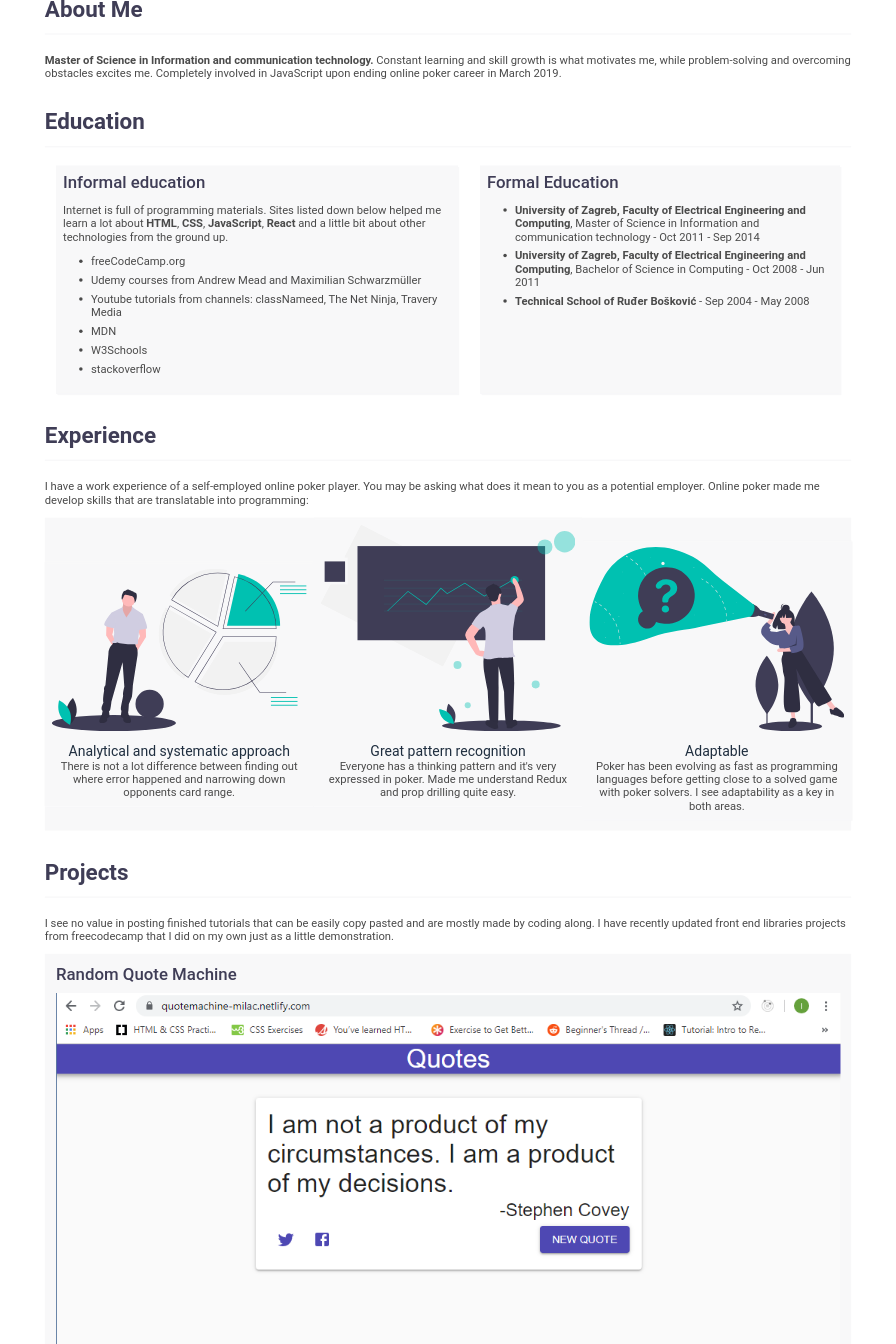
Repository: milac0/my-website
Page: /
These files come from the project's save history. The page is drawn as it stood at one moment and after the next save; the edit follows.
The browser window is 1280 px wide. The pictures show the part of the page from y = 471 to 2391 px (the page is 6629 px tall before and 6626 px after), at 70% of full size.
The project was rebuilt for these pictures with package versions that can differ from the ones it lists, and the page was loaded fresh each time. Also part of the build but not shown: src/components/formContact.module.css, src/components/FormContact.js, src/pages/contact.module.css, src/pages/Contact.js. Imported but missing from the stored project, and not drawn on this page: src/resume.pdf.

Above is the page before, as saved 2019-10-24 21:14:43.

### public/index.html
<!DOCTYPE html>
<html lang="en">
  <head>
    <meta charset="utf-8" />
    <link rel="icon" href="%PUBLIC_URL%/favicon.ico" />
    <meta name="viewport" content="width=device-width, initial-scale=1" />
    <meta name="theme-color" content="#000000" />
    <meta
      name="description"
      content="Web site created using create-react-app"
    />
    <!--
      manifest.json provides metadata used when your web app is installed on a
      user's mobile device or desktop. See https://developers.google.com/web/fundamentals/web-app-manifest/
    -->
    <link rel="manifest" href="%PUBLIC_URL%/manifest.json" />
    <!--
      Notice the use of %PUBLIC_URL% in the tags above.
      It will be replaced with the URL of the `public` folder during the build.
      Only files inside the `public` folder can be referenced from the HTML.

      Unlike "/favicon.ico" or "favicon.ico", "%PUBLIC_URL%/favicon.ico" will
      work correctly both with client-side routing and a non-root public URL.
      Learn how to configure a non-root public URL by running `npm run build`.
    -->
    <title>Mile Balenovic</title>
  </head>
  <body>
    <noscript>You need to enable JavaScript to run this app.</noscript>
    <div id="root"></div>
    <!--
      This HTML file is a template.
      If you open it directly in the browser, you will see an empty page.

      You can add webfonts, meta tags, or analytics to this file.
      The build step will place the bundled scripts into the <body> tag.

      To begin the development, run `npm start` or `yarn start`.
      To create a production bundle, use `npm run build` or `yarn build`.
    -->
  </body>
</html>

### src/index.css
html, body {
  height: 100%;
}

body {
  display: flex;
  flex-direction: column;
}

body {
  margin: 0;
  font-family: 'Roboto', sans-serif;
  -webkit-font-smoothing: antialiased;
  -moz-osx-font-smoothing: grayscale;
}

/*****
  Navbar & Hero
*****/

header,
.hero {
  background:#3F3D56;
  border-bottom: 0.1px solid #ffffff;
  text-align: center;
}

.hero {
  margin-bottom: 2em;
}

.container {
  width: 90%;
  max-width: 1200px;
  margin: 0 auto;
}

nav li {
  list-style: none;
  display: flex;
  justify-content: space-evenly;
  align-items: center;
}

.nav-item:hover {
  filter: invert(0.1);
}
nav ul {
  padding: 0;
}

.hero {
  margin-bottom: 2.5em;
}

.hero-profile {
  padding: 3em 0;
}

.hero-profile img {
  margin-bottom: 0.5em;
}

.hero-profile-title,
.hero-profile-subtitle {
  color: #ffffff;
}

.hero-profile h1 {
  margin: 0;
  font-size: 2rem;
}

.hero-profile p {
  font-size: 1rem;
  margin: 0;
  margin-top: -0.25rem;
  margin-bottom: 1.5em;
}

.hero-profile-subtitle strong {
  font-weight: 700;
  color: #61dafb;
}

.button-cta,
.button-home {
  background: #00AEA0;
  color: #1f2e3f;
  padding: 0.75em 2em;
  border: none;
  border-radius: 20px;
  font-size: 1rem;
  font-weight: 700;
  text-decoration: none;
}

.button-cta:hover,
.button-cta:focus {
  background: #00C1B1;
  color: #1f2e3f;
  cursor: pointer;
}

.button-home {
  background: #ffffff;
  border: 2px solid #1f2e3f;
  padding: 0.3em 1em;
}

.button-home:hover,
.button-home:focus {
  border: 2px solid #ffffff;
 filter: invert(0.1);
}


/*****
  Typography
*****/

h1 {
  color: #3F3D56;
}

h2 {
  color: #3F3D56;
  font-size: 1.5rem;
  font-weight: 500;
  margin: 0;
}

p,
ul {
  color: #4a4a4a;
}

.section-skill h2 {
  color: #1F2E3F;
  font-size: 1.25rem;
  font-weight: 400;
  margin: 0;
}

.section-body {
  font-size: 1rem;
  margin-bottom: 1em;
}

#section-cta .section-title,
#section-cta .section-body {
  color: #ffffff;

}

/*****
  Layout
*****/
section {
  margin-bottom: 2.5em;
}

.section-title {
  border-bottom: 2px solid #F8F8F9;
  font-size: 2rem;
  padding-bottom: 0.5em;
}

.article-education,
.section-skill {
  box-shadow: 2px 2px #F8F8F9;
  border: 2px solid #F8F8F9;
  margin-bottom: 1em;
  padding: 0.5em;
}

.article-education li{
  margin-bottom: 0.5em;
}

.section-skill {
  background: #F8F8F9;
  text-align: center;
}

.section-skill p {
  margin: 0;
}

.section-skill-image {
  display: block;
  margin: 0 auto 1em auto;
  height: 260px;
  width: 100%;
}

article {
  background: #F8F8F9;
  padding: 1em;
  margin-bottom: 1em;
}

article h2 {
  margin-bottom: 0.5em;
}

.project-image {
  display: block;
  width: 100%;
  cursor: pointer;
  border-left: 1px solid #19427A;
  border-bottom: 1px solid #19427A;
  border-radius: 0 0 0 5px;
}

.project-image:hover {
  filter: invert(0.1);
}


#section-cta {
  padding-bottom: 5em;
  background: #3F3D56;
}

#section-cta{
  text-align: center;
  padding: 0.5em;
}

#section-cta .button-cta {
  margin: 1em 0 2em 0;
}

footer {
  background: #F8F8F9;
  padding: 3em 0;
  width: 100%;
  text-align: center;
  flex-shrink: 0;
}

.invalid-feedback {
  color: #D8000C;
  font-size: 0.75rem;
  font-family: 'Roboto', sans-serif;
}

@media (min-width: 752px) {
  .articles-education {
    display: flex;
    flex-direction: row;
    justify-content: space-between;
  }
  .article-education {
    margin: 0 1em;
  }


  .section-skills {
    background: #F8F8F9;
    display: flex;
    flex-direction: row;
    align-items: baseline;
  }
  .section-skill {
    flex: 1 1 300px;
      }

  .section-skill-image {
    height: auto;
    width: 100%;
  }
}

### src/App.js
import React from 'react';
import {
  BrowserRouter as Router,
  Switch,
  Route,
} from "react-router-dom";
import Home from './pages/Home'
import Contact from './pages/Contact';

function App() {
  return (
      <Router>
        <Switch>
        <Route path ="/" exact component={Home} />
        <Route path ="/contact" component={Contact} />
        </Switch>
      </Router>

  );
}

export default App;

### src/pages/Home.js
import React, { Fragment } from "react";
import Navbar from "../components/Navbar";
import Hero from "../components/Hero";
import AboutMe from "../components/AboutMe";
import Education from "../components/Education";
import Experience from "../components/Experience";
import Projects from "../components/Projects";
import SectionCTA from "../components/SectionCTA";
import Footer from "../components/Footer";

const Home = () => {
  return (
    <Fragment>
      <Navbar />
      <Hero />
      <main>
        <div className="container">
          <AboutMe />
          <Education />
          <Experience />
          <Projects />
          <SectionCTA />
        </div>
      </main>
      <Footer />
    </Fragment>
  );
};

export default Home;

### src/components/Navbar.js
import React from "react";
import { Link } from "react-router-dom";

import resumeIcon from "../images/resume.png";
import linkedinIcon from "../images/linkedin.png";
import githubIcon from "../images/github.png";
import homeIcon from "../images/home.png";
import resumePdf from "../resume.pdf";

//mui
import Tooltip from "@material-ui/core/Tooltip";

const Navbar = () => {
  return (
    <header>
      <div className="container">
        <nav>
          <li>
            <ul>
              <Tooltip title="Home">
                <Link to="/">
                  <img className="nav-item" src={homeIcon} alt="home" />
                </Link>
              </Tooltip>
            </ul>
            <ul>
              <Tooltip title="Resume">
                <a href={resumePdf} download target="_self">
                  <img className="nav-item" src={resumeIcon} alt="resume" />
                </a>
              </Tooltip>
            </ul>
            <ul>
              <Tooltip title="Linkedin">
                <a
                  href="https://www.linkedin.com/in/mile-balenovi%C4%87-a4ab9188/"
                  target="_blank"
                  rel="noopener noreferrer"
                >
                  <img className="nav-item" src={linkedinIcon} alt="linkedin" />
                </a>
              </Tooltip>
            </ul>
            <ul>
              <Tooltip title="Github">
                <a
                  href="https://github.com/milac0"
                  target="_blank"
                  rel="noopener noreferrer"
                >
                  <img className="nav-item" src={githubIcon} alt="github" />
                </a>
              </Tooltip>
            </ul>
          </li>
        </nav>
      </div>
    </header>
  );
};

export default Navbar;

### src/components/Hero.js
import React from "react";
import { Link } from "react-router-dom";
import LazyLoad from "react-lazyload";
import profileImg from "../images/profile.png";

const Hero = () => {
  return (
    <div className="hero">
      <div className="container">
        <div className="hero-profile">
          <img src={profileImg} className="hero-profile-image" alt="profile" />
          <h1 className="hero-profile-title">Mile Balenovic</h1>
          <p className="hero-profile-subtitle">
            Switching career to <strong>React</strong> development
          </p>
          <Link to="/contact">
            <button className="button-cta">Contact Me!</button>
          </Link>
        </div>
      </div>
    </div>
  );
};

export default Hero;

### src/components/AboutMe.js
import React from "react";

const AboutMe = () => {
  return (
    <section>
      <h1 className="section-title">About Me</h1>
      <p className="section-body">
        <strong>
          Master of Science in Information and communication technology.
        </strong>{" "}
        Constant learning and skill growth is what motivates me, while
        problem-solving and overcoming obstacles excites me. Completely involved
        in JavaScript upon ending online poker career in March 2019.
      </p>
    </section>
  );
};

export default AboutMe;

### src/components/Education.js
import React from "react";

const Education = () => {
  return (
    <section>
      <h1 className="section-title">Education</h1>
      <div className="articles-education">
      <article className="article-education">
        <h2>Informal education</h2>
        <p>
          Internet is full of programming materials. Sites listed down below
          helped me learn a lot about
          <strong> HTML</strong>, <strong>CSS</strong>,{" "}
          <strong>JavaScript</strong>,<strong> React</strong> and a little bit
          about other technologies from the ground up.
        </p>
        <ul>
          <li>freeCodeCamp.org</li>
          <li>Udemy courses from Andrew Mead and Maximilian Schwarzmüller</li>
          <li>
            Youtube tutorials from channels: classNameed, The Net Ninja, Travery
            Media{" "}
          </li>
          <li>MDN</li>
          <li>W3Schools</li>
          <li>stackoverflow</li>
        </ul>
      </article>
      <article className="article-education">
        <h2>Formal Education</h2>
        <ul>
          <li>
            <strong>
              University of Zagreb, Faculty of Electrical Engineering and
              Computing
            </strong>
            , Master of Science in Information and communication technology -
            Oct 2011 - Sep 2014
          </li>
          <li>
            <strong>
              University of Zagreb, Faculty of Electrical Engineering and
              Computing
            </strong>
            , Bachelor of Science in Computing - Oct 2008 - Jun 2011
          </li>
          <li>
            <strong>Technical School of Ruđer Bošković</strong> - Sep 2004 - May
            2008
          </li>
        </ul>
      </article>
      </div>
    </section>
  );
};

export default Education;

### src/components/Experience.js
import React from "react";
import LazyLoad from "react-lazyload";
import analyticalImg from "../images/analytical.svg";
import patternImg from "../images/pattern.svg";
import adaptiveImg from "../images/adaptive.svg";

const Experience = () => {
  return (
    <section>
      <h1 className="section-title">Experience</h1>
      <p className="section-body">
        I have a work experience of a self-employed online poker player. You may
        be asking what does it mean to you as a potential employer. Online poker
        made me develop skills that are translatable into programming:
      </p>
      <div className="section-skills">
      <div className="section-skill">
        <LazyLoad height={260}>
          <img
            className="section-skill-image"
            src={analyticalImg}
            alt="analytical"
          />
        </LazyLoad>
        <h2>Analytical and systematic approach</h2>
        <p>
          There is not a lot difference between finding out where error happened
          and narrowing down opponents card range.
        </p>
      </div>
      <div className="section-skill">
        <LazyLoad height={260}>
          <img className="section-skill-image" src={patternImg} alt="pattern" />
        </LazyLoad>
        <h2>Great pattern recognition</h2>
        <p>
          Everyone has a thinking pattern and it's very expressed in poker. Made
          me understand Redux and prop drilling quite easy.
        </p>
      </div>
      <div className="section-skill">
        <LazyLoad height={260}>
          <img className="section-skill-image" src={adaptiveImg} alt="" />
        </LazyLoad>
        <h2>Adaptable</h2>
        <p>
          Poker has been evolving as fast as programming languages before
          getting close to a solved game with poker solvers. I see adaptability
          as a key in both areas.
        </p>
      </div>
      </div>
    </section>
  );
};

export default Experience;

### src/components/Projects.js
import React from "react";
import LazyLoad from "react-lazyload";

import quoteImg from "../images/quote.PNG";
import markdownImg from "../images/markdown.PNG";
import pomodoroImg from "../images/pomodoro.PNG";
import drumImg from "../images/drum.PNG";

const Projects = () => {
  return (
    <section>
      <h1 className="section-title">Projects</h1>
      <p className="section-body">
        I see no value in posting finished tutorials that can be easily copy
        pasted and are mostly made by coding along. I have recently updated
        front end libraries projects from freecodecamp that I did on my own just
        as a little demonstration.
      </p>
      <article>
        <h2>Random Quote Machine</h2>
        <a
          href="https://quotemachine-milac.netlify.com/"
          target="_blank"
          rel="noopener noreferrer"
        >
          <LazyLoad>
            <img className="project-image" src={quoteImg} alt="quote-machine" />
          </LazyLoad>
        </a>
        <p>hooks, axios, material-ui, lodash</p>
      </article>
      <article>
        <h2>Markdown Previewer</h2>
        <a
          href="https://markdown-milac.netlify.com/"
          target="_blank"
          rel="noopener noreferrer"
        >
          <LazyLoad>
            <img
              className="project-image"
              src={markdownImg}
              alt="markdown-previewer"
            />
          </LazyLoad>
        </a>
        <p>nothing</p>
      </article>
      <article>
        <h2>Drum Machine</h2>
        <a
          href="https://drummachine-milac.netlify.com/"
          target="_blank"
          rel="noopener noreferrer"
        >
          <LazyLoad>
            <img className="project-image" src={drumImg} alt="drum-machine" />
          </LazyLoad>
        </a>
        <p>hooks, axios, material-ui</p>
      </article>
      <article>
        <h2>Pomodoro Clock</h2>
        <a
          href="https://pomodoro-clo.netlify.com/"
          target="_blank"
          rel="noopener noreferrer"
        >
          <LazyLoad>
            <img
              className="project-image"
              src={pomodoroImg}
              alt="pomodoro clock"
            />
          </LazyLoad>
        </a>
        <p>hooks, axios, material-ui</p>
      </article>
    </section>
  );
};

export default Projects;

### src/components/SectionCTA.js
import React from "react";
import { Link } from "react-router-dom";

const SectionCTA = () => {
  return (
    <section id="section-cta">
      <h1 className="section-title">Do you like what you've read?</h1>
      <p className="section-body">
        I have plenty more to learn and with the guidance of yours more experienced
        employees I'm sure I can contribute to your company in no time.
      </p>
      <Link to="/contact">
        <button className="button-cta">Contact Me!</button>
      </Link>
    </section>
  );
};

export default SectionCTA;

### src/components/Footer.js
import React from "react";

const Footer = () => {
  return (
    <footer>
      <p> Copyright 2019</p>
    </footer>
  );
};

export default Footer;

Loaded but not shown: src/index.js (common file)

After the next save:
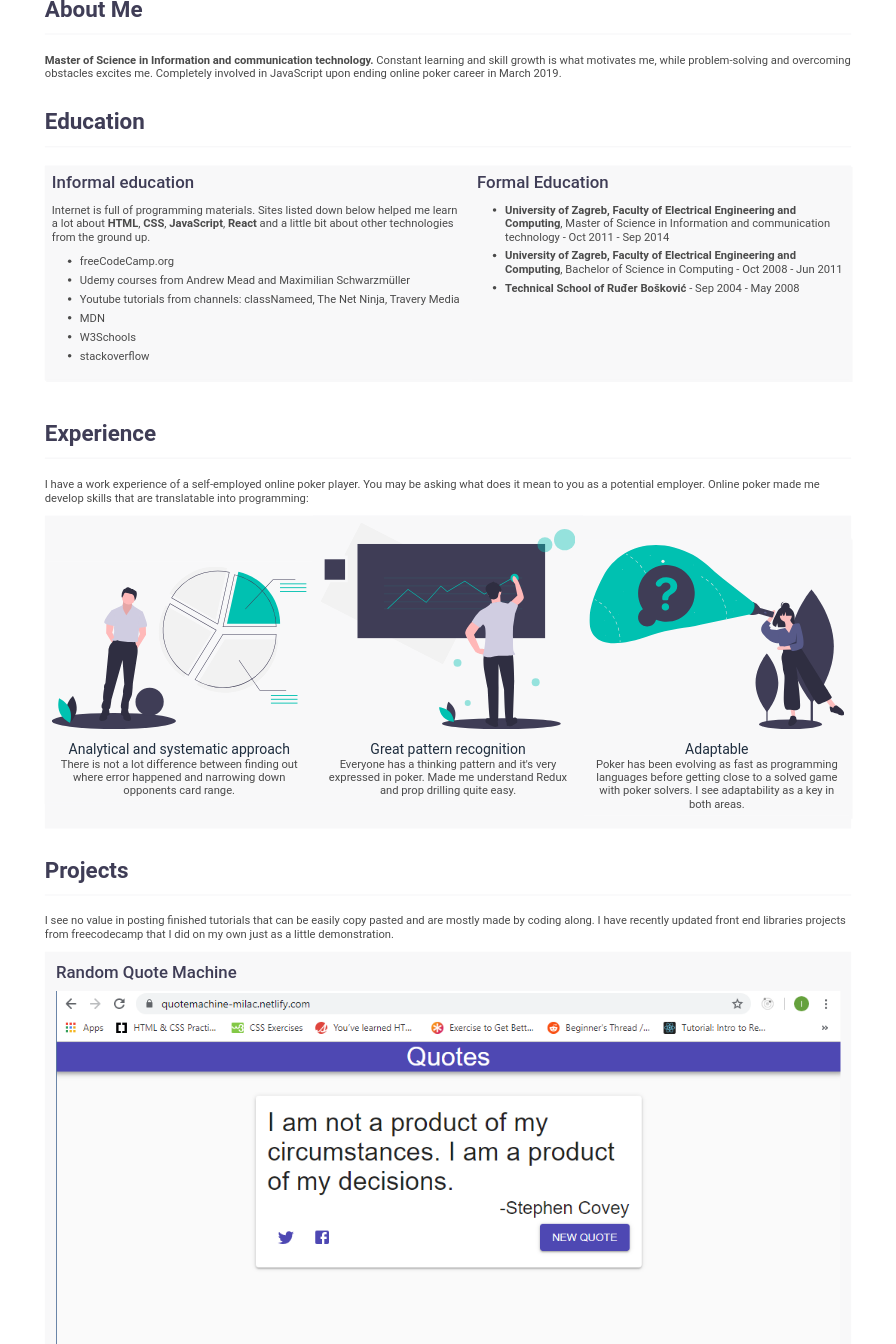
Saved 55 s later.
--- a/src/index.css
+++ b/src/index.css
@@ -253,7 +253,7 @@ footer {
     justify-content: space-between;
   }
   .article-education {
-    margin: 0 1em;
+
   }
 
 
